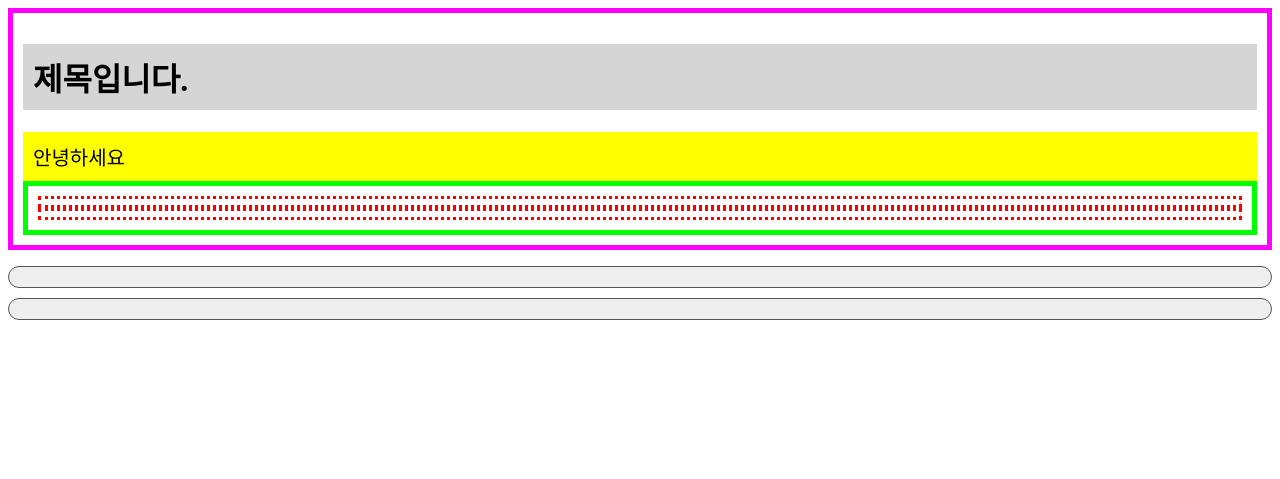
Repository: rwanda95do/bitcamp
Page: jQuery/src/main/webapp/01_helloJQuery/exam05.html
An editor plug-in stored every save of this project. The page is shown before and after the next save, followed by the edit.
The browser window is 1280 px wide. The pictures show the whole page.

Above is the page before, as saved 2024-08-22 05:20:48.

After the next save:
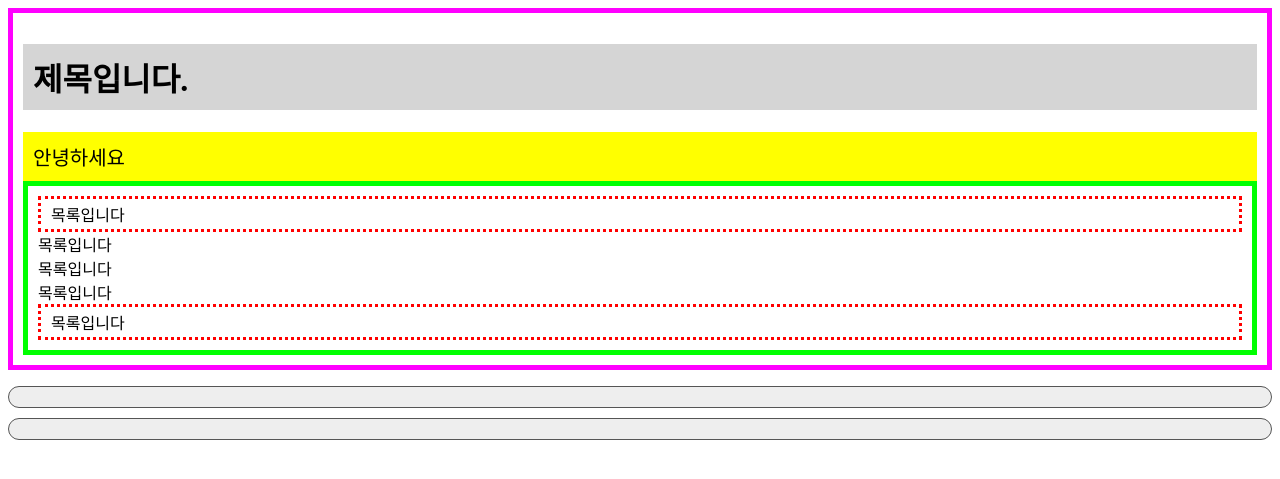
Saved 102 s later.
--- a/jQuery/src/main/webapp/01_helloJQuery/exam05.html
+++ b/jQuery/src/main/webapp/01_helloJQuery/exam05.html
@@ -78,6 +78,8 @@ $(function () {
 
 	// div에서 부터 class=box인 div에 '안녕하세요' 넣기
 	$('div#container > div.box').html('안녕하세요')
+
+	$('ul > li').html('목록입니다')
 });
 </script>
 
